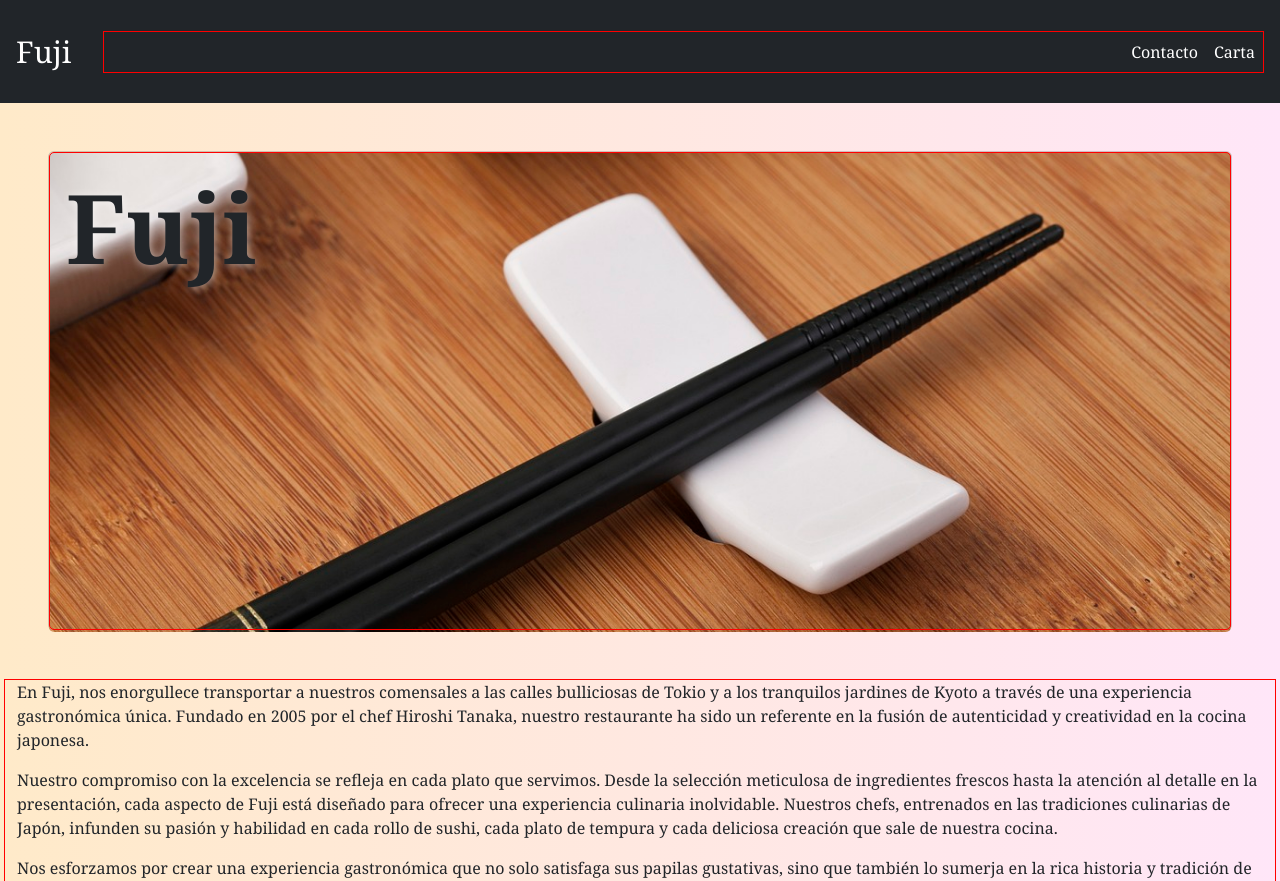
Repository: aipacheco/Fuji-restaurante
Page: index.html
The author's editor kept a copy of each file at every save. The page is drawn from the files as they stood at one save, then again after the next save.
The browser window is 1280 px wide. The pictures show the part of the page from y = 0 to 881 px (the page is 1377 px tall before and 1313 px after).
A picture or video elsewhere on the page could not be fetched, so the positions and the page height are approximate. Some web libraries are served in a nearby version.

Above is the page before, as saved 2024-01-29 17:38:43.

### index.html
<!DOCTYPE html>
<html lang="en">
  <head>
    <meta charset="UTF-8" />
    <meta name="viewport" content="width=device-width, initial-scale=1.0" />

    <link
      href="https://cdn.jsdelivr.net/npm/bootstrap@5.3.2/dist/css/bootstrap.min.css"
      rel="stylesheet"
      integrity="sha384-T3c6CoIi6uLrA9TneNEoa7RxnatzjcDSCmG1MXxSR1GAsXEV/Dwwykc2MPK8M2HN"
      crossorigin="anonymous"
    />
    <link rel="stylesheet" href="./css/styles.css" />
    <title>Restaurante Fuji</title>
  </head>

  <body>
    <!-- Navbar -->
    <nav class="navbar navbar-expand-lg bg-dark" data-bs-theme="dark">
      <a class="navbar-brand d-flex align-items-center m-3" href="./index.html">
        <span id="icon">Fuji</span>
      </a>

      <button
        class="navbar-toggler m-3"
        type="button"
        data-toggle="collapse"
        data-target="#navbarNavDropdown"
        aria-controls="navbarNavDropdown"
        aria-expanded="false"
        aria-label="Toggle navigation"
      >
        <span class="navbar-toggler-icon"></span>
      </button>

      <div
        class="collapse navbar-collapse justify-content-end m-3"
        id="navbarNavDropdown"
      >
        <ul class="navbar-nav align-items-center">
          <li class="nav-item active m-2">
            <a href="/contact.html">Contacto</a>
          </li>
          <li class="nav-item active m-2">
            <a href="/menu.html">Carta</a>
          </li>
        </ul>
      </div>
    </nav>

    <div class="card img-restaurante m-5">
      <img
        src="./img/restaurante.jpg"
        class="card-img img-restaurante"
        alt="..."
      />
      <div class="card-img-overlay">
        <h1 class="card-title jumbotron">Fuji</h1>
      </div>
    </div>

    <div class="row d-flex justify-content-center m-1">
      <p>
        En Fuji, nos enorgullece transportar a nuestros comensales a las
        calles bulliciosas de Tokio y a los tranquilos jardines de Kyoto a
        través de una experiencia gastronómica única. Fundado en 2005 por el
        chef Hiroshi Tanaka, nuestro restaurante ha sido un referente en la
        fusión de autenticidad y creatividad en la cocina japonesa.
      </p>

      <p>
        Nuestro compromiso con la excelencia se refleja en cada plato que
        servimos. Desde la selección meticulosa de ingredientes frescos hasta la
        atención al detalle en la presentación, cada aspecto de Fuji
        está diseñado para ofrecer una experiencia culinaria inolvidable.
        Nuestros chefs, entrenados en las tradiciones culinarias de Japón,
        infunden su pasión y habilidad en cada rollo de sushi, cada plato de
        tempura y cada deliciosa creación que sale de nuestra cocina.
      </p>

      <p>
        Nos esforzamos por crear una experiencia gastronómica que no solo
        satisfaga sus papilas gustativas, sino que también lo sumerja en la rica
        historia y tradición de la cocina japonesa. En Fuji, cada visita
        es más que una comida, es un viaje culinario a Japón.
      </p>

      <p><strong>¡Arigatou gozaimasu!</strong></p>
    </div>


    <div class="row d-flex justify-content-center text-center m-1">
      <div class="col-12 col-md-6 col-lg-4">
        <div class="card">
          <img
            src="https://images.pexels.com/photos/12032526/pexels-photo-12032526.jpeg?auto=compress&cs=tinysrgb&w=1260&h=750&dpr=1"
            class="card-img-top"
            alt="..."
          />
          <div class="card-body">
            <p class="card-text">
              Descubre la elegancia y autenticidad en cada rincón de nuestro
              restaurante japonés.
            </p>
          </div>
        </div>
      </div>

      <div class="col-12 col-md-6 col-lg-4">
        <div class="card">
          <img
            src="https://images.pexels.com/photos/6249501/pexels-photo-6249501.jpeg"
            class="card-img-top"
            alt="..."
          />
          <div class="card-body">
            <p class="card-text">
              Sumérgete en la frescura y exquisitez del sashimi, una experiencia
              única para los amantes del pescado crudo.
            </p>
          </div>
        </div>
      </div>
      <div class="col-12 col-md-6 col-lg-4">
        <div class="card">
          <img
            src="https://images.pexels.com/photos/4071381/pexels-photo-4071381.jpeg?auto=compress&cs=tinysrgb&w=1260&h=750&dpr=1"
            class="card-img-top"
            alt="..."
          />
          <div class="card-body">
            <p class="card-text">
              Descubre la armonía de sabores en cada bocado, preparados con
              maestría por nuestros chefs expertos.
            </p>
          </div>
        </div>
      </div>
    </div>

    <script src="https://code.jquery.com/jquery-3.2.1.slim.min.js"></script>
    <script src="https://cdnjs.cloudflare.com/ajax/libs/popper.js/1.12.9/umd/popper.min.js"></script>
    <script src="https://maxcdn.bootstrapcdn.com/bootstrap/4.0.0/js/bootstrap.min.js"></script>
  </body>
</html>

### css/styles.css
body {
  font-family: Georgia, "Times New Roman", Times, serif !important;
  margin: 0;
  padding: 0;
  background: rgb(255, 234, 201);
  background: linear-gradient(
    90deg,
    rgba(255, 234, 201, 1) 0%,
    rgba(255, 230, 248, 1) 100%
  );
  /* height: 100vh;
  width: 100vw; */
}
div {
  border: 1px solid red;
}
nav a{
  text-decoration: none;
  color: white;
}
#icon {
  font-size: 1.5em;
}
.img-restaurante{
  max-height: 30em;
  width: auto;
  object-fit: cover;
}
textarea {
  resize: none !important;
}
.card {
  background-color: rgba(250, 235, 215, 0.212);
  transition: 0.5s;
}
.card:hover{
  box-shadow: 6px 5px 10px 1px rgba(0,0,0,0.75);
  transition: 0.5s;
}
.card-footer{
  background-color: rgb(255, 241, 241);

}
.card-title{
  font-weight: bold;
}
.jumbotron{
  font-size: 6em;
  text-shadow: 1px 1px 10px rgba(255,255,255,0.6);
}

.img-menu {
  max-height: 17em;
  width: auto;
  object-fit: cover;
}
.row-menu{
  margin-top: 1em;
  margin-bottom: 1em;
}
iframe{

  height: 20em;
  padding: 0;
  margin: 0;
}

After the next save:
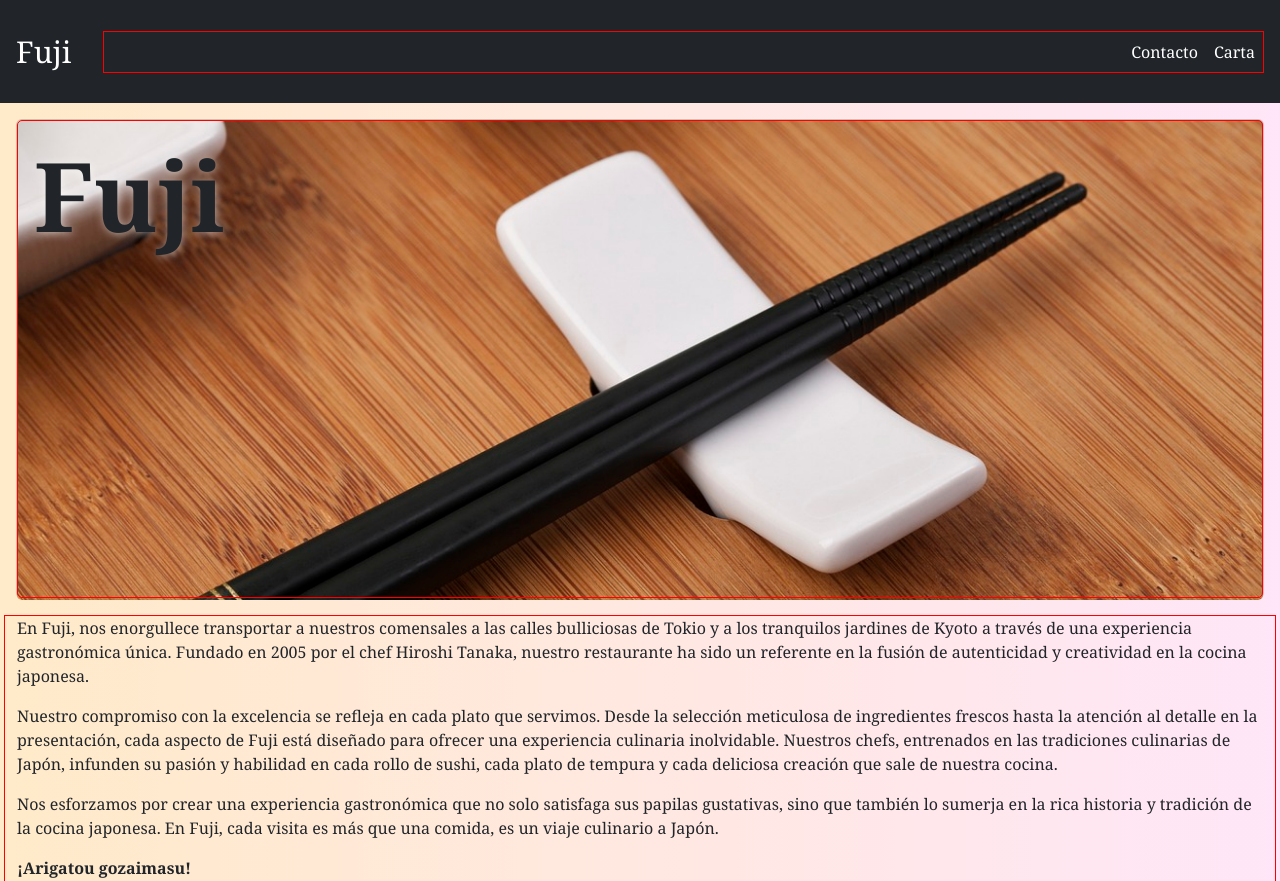
Saved 35 s later.
--- a/index.html
+++ b/index.html
@@ -48,7 +48,7 @@
       </div>
     </nav>
 
-    <div class="card img-restaurante m-5">
+    <div class="card img-restaurante m-3">
       <img
         src="./img/restaurante.jpg"
         class="card-img img-restaurante"
